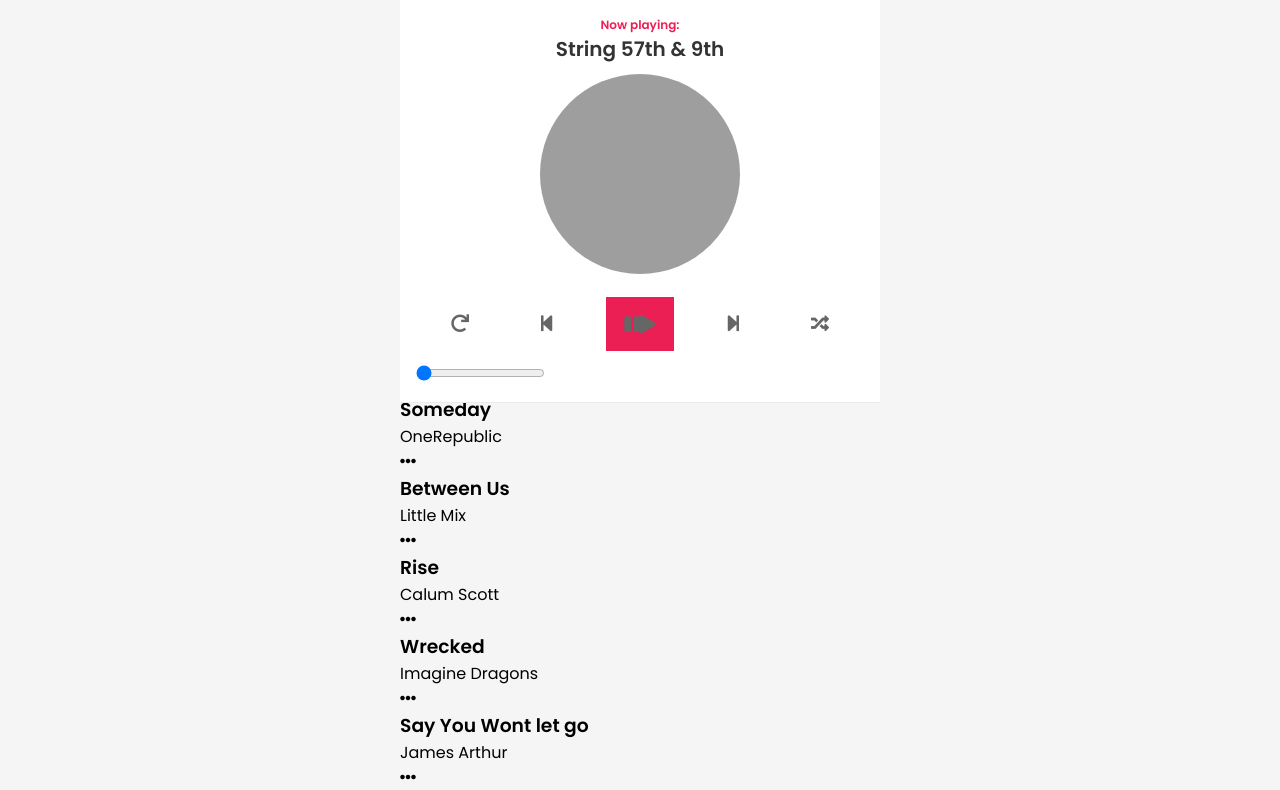
Repository: maivannhan1998/MusicPlayer.github.io
Page: index.html
The author's editor kept a copy of each file at every save. The page is drawn from the files as they stood at one save, then again after the next save.
The browser window is 1280 px wide. The pictures show the whole page.
Pictures or frames that could not be fetched are drawn as grey boxes.

Above is the page before, as saved 2021-11-09 15:49:08.

After the next save:
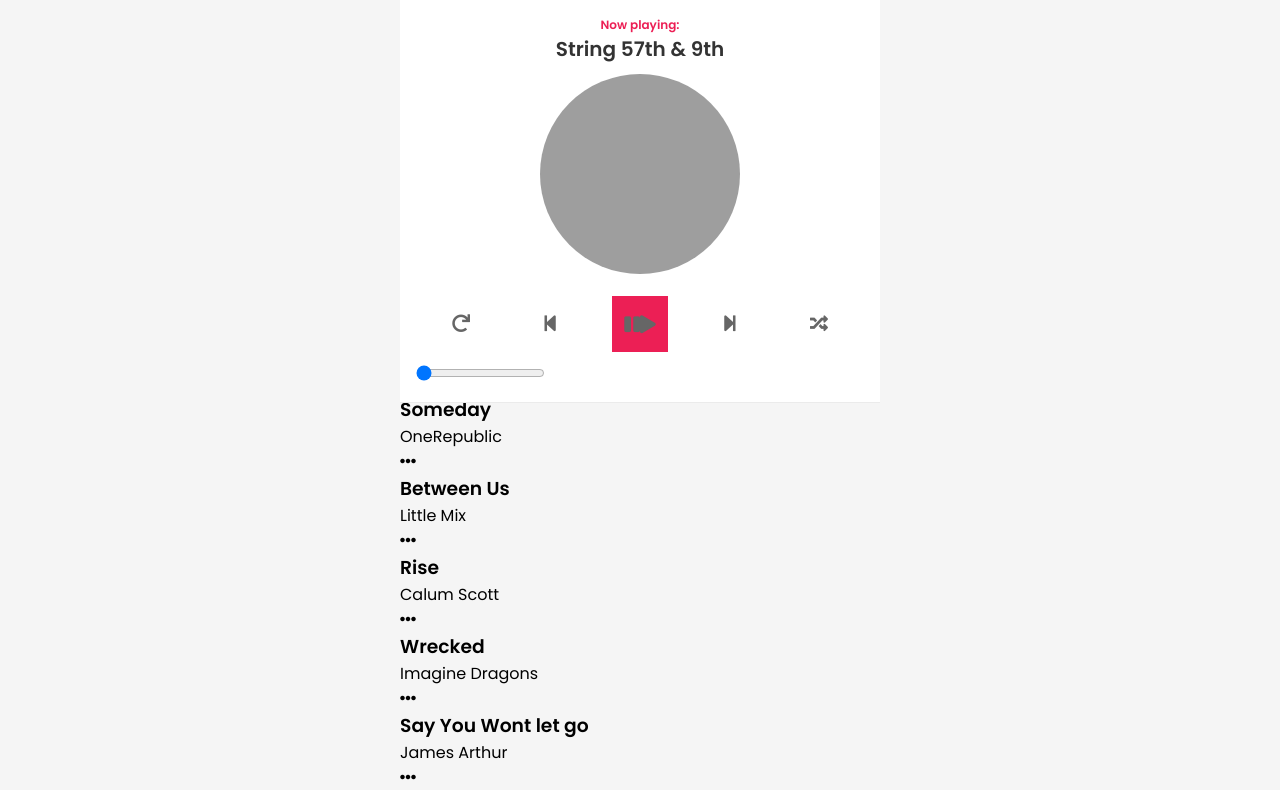
Saved 19 s later.
--- a/assets/css/main.css
+++ b/assets/css/main.css
@@ -90,5 +90,7 @@ header h4 {
   display: flex;
   align-items: center;
   justify-content: center;
+  width: 56px;
+  height: 56px;
   background-color: var(--primary-color);
 }
